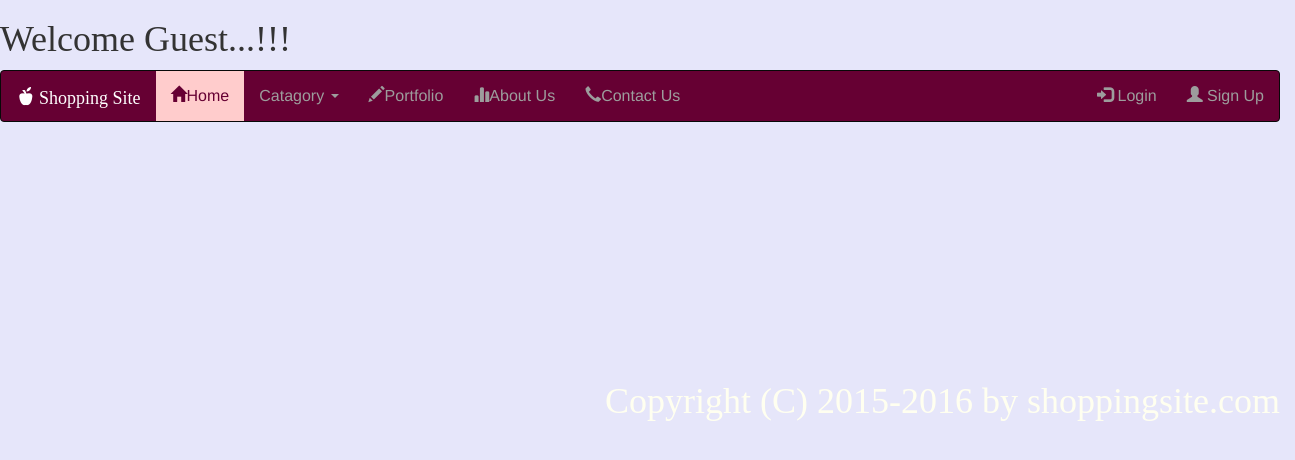
Repository: priyasuthakar/priya
Page: http://localhost/Apple/WEB-INF/views/productinfo.jsp
These files come from the project's save history. The page is drawn as it stood at one moment and after the next save; the edit follows.
The browser window is 1280 px wide. The page is 1295 px wide, so the pictures cover 1295 px, including what lies to the right of the window. The pictures show the whole page.
Some web libraries are served in a nearby version. The page is served by Tomcat 9. Nobody is signed in. Other server files are loaded and not shown. The template is opened directly, without the code that normally fills it, so the values that code supplies are empty.

Above is the page before, as saved 2016-08-25 18:56:38.

### Apple/src/main/webapp/WEB-INF/views/productinfo.jsp
<%@ page language="java" contentType="text/html; charset=ISO-8859-1"
	pageEncoding="ISO-8859-1"%>
<%@ taglib uri="http://java.sun.com/jsp/jstl/core" prefix="c"%>
<%@ taglib uri="http://www.springframework.org/tags" prefix="spring"%>
<%@ taglib uri="http://www.springframework.org/tags/form" prefix="form"%>

<%@page isELIgnored="false"%>
<%@include file="/WEB-INF/views/Header.jsp"%>

<!DOCTYPE html PUBLIC "-//W3C//DTD HTML 4.01 Transitional//EN" "http://www.w3.org/TR/html4/loose.dtd">
<html>
<head>
<meta http-equiv="Content-Type" content="text/html; charset=ISO-8859-1">
<meta name="viewport" content="width=device-width, initial-scale=1">
<title>My Shopping</title>
<!-- Latest compiled and minified CSS -->
<link rel="stylesheet"
	href="http://maxcdn.bootstrapcdn.com/bootstrap/3.3.6/css/bootstrap.min.css">

<!-- jQuery library -->
<script
	src="https://ajax.googleapis.com/ajax/libs/jquery/1.12.4/jquery.min.js"></script>

<!--Angularjs library -->
<script
	src="https://ajax.googleapis.com/ajax/libs/angularjs/1.5.7/angular.min.js"></script>

<!-- Latest compiled JavaScript -->
<script
	src="http://maxcdn.bootstrapcdn.com/bootstrap/3.3.6/js/bootstrap.min.js"></script>
<style>
.navbar {
	background-color: #660033;
	font-size: 16px !important;
}

.navbar .navbar-brand {
	color: #FFFFFF !important;
}

.navbar .li a {
	color: #FFF !important;
}

.navbar-nav li a:hover, .navbar-nav li.active a {
	color: #660033 !important;
	background-color: #FFCCCC !important;
}

.navbar-default .navbar-toggle {
	border-color: transparent;
	color: #FFCCCC !important;
}

footer .glyphicon {
	font-size: 24px;
	margin-bottom: 20px;
	color: #660033;
}

table {
	border-collapse: collapse;
}

table, tr, th, td {
	border: 2px solid black;
}

table {
	padding-left: 50%
}
</style>
</head>
<body id="myPage" data-spy="scroll" data-target=".navbar"
	data-offset="60" style="background-color: #E6E6FA">
	<div class="container">
		<c:forEach items="${productinfo}" var="product">
			<div class="col-sm-6">
				<br> <br> <br> <br> <br>
				<div class="item">
					<img src="resource/images/${product.id}.jpg" width=300; height=300;
						class="img-responsive">
				</div>
			</div>
			<div class="col-sm-6">
				<br> <br> <br> <br> <b>ID
					&nbsp&nbsp&nbsp&nbsp&nbsp&nbsp&nbsp&nbsp&nbsp&nbsp&nbsp&nbsp&nbsp&nbsp&nbsp&nbsp&nbsp&nbsp&nbsp:&nbsp&nbsp&nbsp</b>
				${product.id} <br> <br> <b>NAME
					&nbsp&nbsp&nbsp&nbsp&nbsp&nbsp&nbsp&nbsp&nbsp&nbsp&nbsp&nbsp:&nbsp&nbsp&nbsp</b>
				${product.name} <br> <br> <b>COLOR
					&nbsp&nbsp&nbsp&nbsp&nbsp&nbsp&nbsp&nbsp&nbsp&nbsp:&nbsp&nbsp&nbsp</b>
				${product.color} <br> <br> <b>PRICE
					&nbsp&nbsp&nbsp&nbsp&nbsp&nbsp&nbsp&nbsp&nbsp&nbsp&nbsp&nbsp:&nbsp&nbsp&nbsp</b>
				${product.price} <br> <br> <b>DISCRIPTION
					:&nbsp&nbsp&nbsp</b> ${product.discription} <br> <br> <br>
				<br>
				<button type="#" class="btn btn-primary">BUY NOW</button>
				<button type="#" class="btn btn-primary">ADD TO CART</button>
			</div>
		</c:forEach>
	</div>
	<br>
	<br>
	<br>
	<br>
	<br>
	<br>
	<br>
	<br>
	<br>
	<br>
	<br>
	<%@include file="Footer.jsp"%>
</body>
</html>

### Apple/src/main/webapp/WEB-INF/views/Header.jsp
<%@ page language="java" contentType="text/html; charset=ISO-8859-1"
	pageEncoding="ISO-8859-1"%>
<%@ taglib uri="http://java.sun.com/jsp/jstl/core" prefix="c"%>
<!DOCTYPE html PUBLIC "-//W3C//DTD HTML 4.01 Transitional//EN" "http://www.w3.org/TR/html4/loose.dtd">
<html>
<head>
<meta http-equiv="Content-Type" content="text/html; charset=ISO-8859-1">
</head>
<body>
	<c:choose>
		<c:when test="${empty loggedInUser}">
			<font face="Harlow Solid Italic"><h1>Welcome Guest...!!!</h1></font>
		</c:when>
		<c:when test="${not empty loggedInUser}">
			<font face="Harlow Solid Italic"><h1>${loggedInUser}</h1></font>
		</c:when>
	</c:choose>
	<div class="responsive">
		<nav class="navbar navbar-inverse">
		<div class="container-fluid">
			<div class="navbar-header">
				<a class="navbar-brand"> <span class="glyphicon glyphicon-apple"></span>
					<font face="Script MT Bold"> Shopping Site </font>
				</a>
			</div>
			<ul class="nav navbar-nav">
				<li class="active"><a href="Home"><span
						class="glyphicon glyphicon-home"></span>Home</a></li>
				<li class="dropdown"><a class="dropdown-toggle"
					data-toggle="dropdown" href="#"> Catagory <span class="caret"></span></a>
					<ul class="dropdown-menu">
						<li><a href="product1?catname=Desktop">Desktop</a></li>
						<li><a href="product1?catname=Laptop">Laptop</a></li>
						<li><a href="product1?catname=Iphone">Iphone</a></li>
						<li><a href="product1?catname=Ipad">Ipad</a></li>
						<li><a href="product1?catname=Ipod">Ipod</a></li>
						<li><a href="product1?catname=Accessories">Accessories</a></li>
					</ul></li>
				<li><a href="portfolio"><span
						class="glyphicon glyphicon-pencil"></span>Portfolio</a></li>
				<li><a href="about"><span class="glyphicon glyphicon-stats"></span>About
						Us</a></li>
				<li><a href="contactus"><span
						class="glyphicon glyphicon-earphone"></span>Contact Us</a></li>
			</ul>
			<ul class="nav navbar-nav navbar-right">
					<c:choose>
					<c:when test="${empty loggedInUser}">
						<li><a href="login"><span
								class="glyphicon glyphicon-log-in"></span> Login</a></li>
						<li><a href="reg"><span class="glyphicon glyphicon-user"></span>
								Sign Up</a></li>
					</c:when>
					<c:when test="${not empty loggedInUser}">
					<li><a href="viewcart"><span
							class="glyphicon glyphicon-shopping-cart"></span>Cart</a></li>
						<li><a href="logout"><span
								class="glyphicon glyphicon-user"></span> Logout</a></li>
					</c:when>
				</c:choose>
			</ul>
		</div>
		</nav>
	</div>
</body>
</html>

### Apple/src/main/webapp/WEB-INF/views/Footer.jsp
<%@ page language="java" contentType="text/html; charset=ISO-8859-1"
    pageEncoding="ISO-8859-1"%>
<!DOCTYPE html PUBLIC "-//W3C//DTD HTML 4.01 Transitional//EN" "http://www.w3.org/TR/html4/loose.dtd">
<html>
<head>
<meta http-equiv="Content-Type" content="text/html; charset=ISO-8859-1">
<title>footer</title>
</head>
<body>
<nav>
<ul class="nav navbar-nav navbar-right">
<footer class="container-fluid bg-4 text-center">
  <font face="Harlow Solid Italic" color="#FFFFF"><h1>Copyright (C) 2015-2016 by shoppingsite.com </h1></font>
</footer>
</ul>
</nav>
</body>
</html>

After the next save:
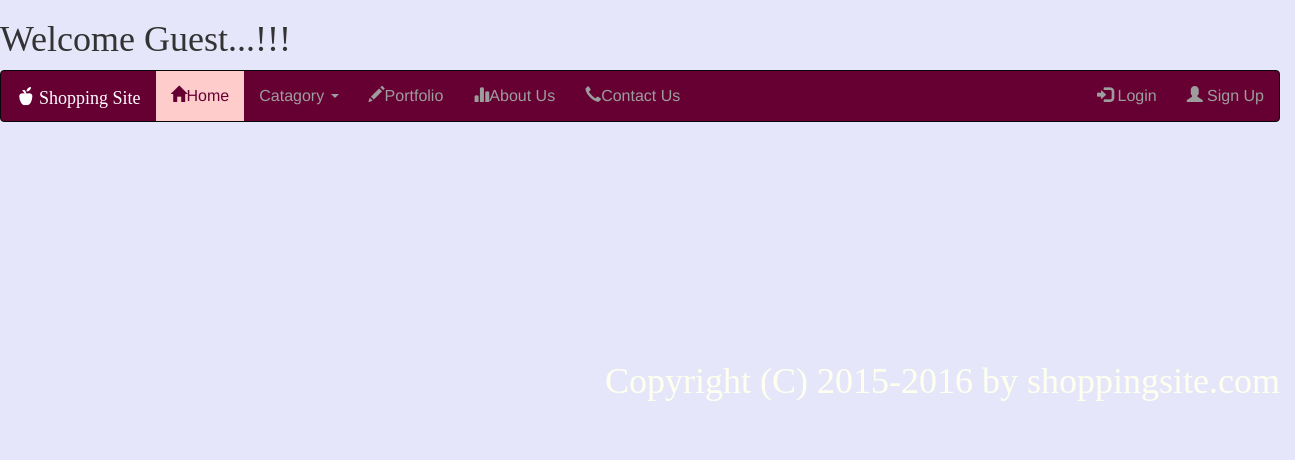
Saved 5 min 29 s later.
--- a/Apple/src/main/webapp/WEB-INF/views/productinfo.jsp
+++ b/Apple/src/main/webapp/WEB-INF/views/productinfo.jsp
@@ -94,8 +94,18 @@ table {
 				${product.price} <br> <br> <b>DISCRIPTION
 					:&nbsp&nbsp&nbsp</b> ${product.discription} <br> <br> <br>
 				<br>
-				<button type="#" class="btn btn-primary">BUY NOW</button>
-				<button type="#" class="btn btn-primary">ADD TO CART</button>
+				<button onclick="myFunction()" class="btn btn-success">BUY NOW
+				</button>
+				<button onclick="myFunction1()" class="btn btn-success">ADD TO CART</button>
+				<script>
+			function myFunction() {
+				confirm("Press ok to buy a product!");
+			}
+		</script><script>
+			function myFunction1() {
+				confirm("Press ok to add the item to cart!");
+			}
+		</script>
 			</div>
 		</c:forEach>
 	</div>
@@ -109,7 +119,6 @@ table {
 	<br>
 	<br>
 	<br>
-	<br>
 	<%@include file="Footer.jsp"%>
 </body>
 </html>
